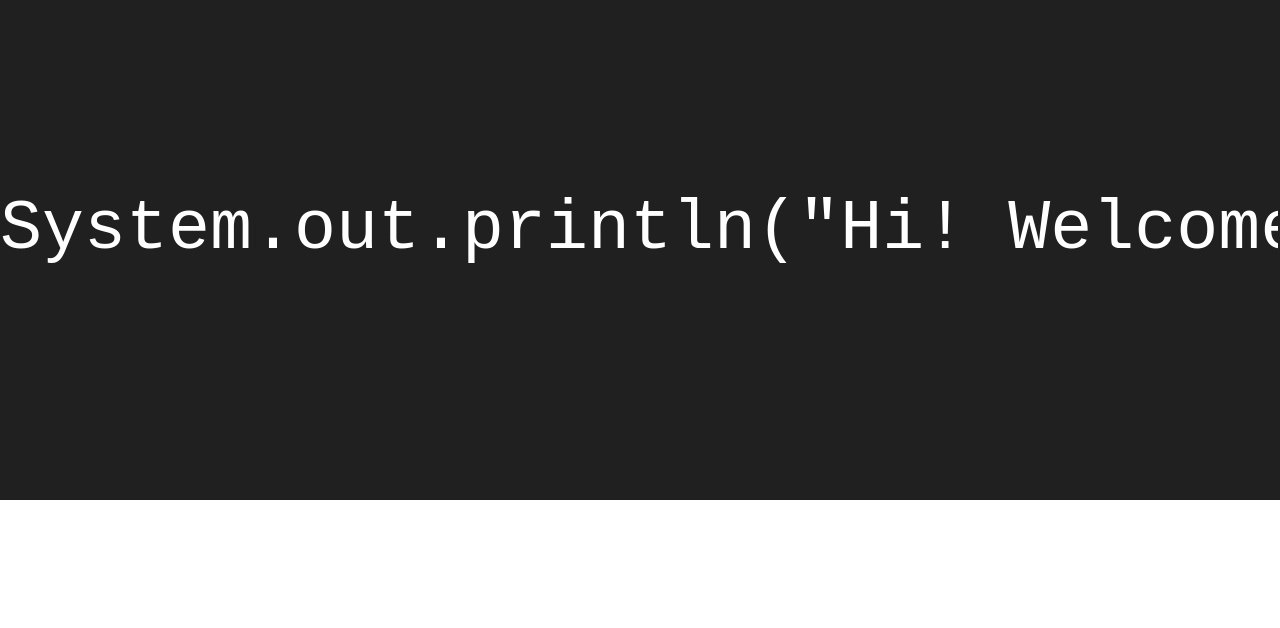
Repository: janry-gracia/Divinagracia_FinalProject
Page: Pages/storyofmylife.html
The author's editor kept a copy of each file at every save. The page is drawn from the files as they stood at one save, then again after the next save.
The browser window is 1280 px wide. The pictures show the whole page.

Above is the page before, as saved 2021-05-18 01:15:15.
Console error: TypeError: Cannot read properties of null (reading 'addEventListener')

### Pages/storyofmylife.html
<!DOCTYPE html>
<html lang="en">
<head>
    <meta charset="UTF-8">
    <meta http-equiv="X-UA-Compatible" content="IE=edge">
    <meta name="viewport" content="width=device-width, initial-scale=1.0">
    <title>Story of My Life</title>
    <link rel="stylesheet" href="https://maxcdn.bootstrapcdn.com/bootstrap/3.4.1/css/bootstrap.min.css">
    <script src="https://ajax.googleapis.com/ajax/libs/jquery/3.5.1/jquery.min.js"></script>
    <script src="https://maxcdn.bootstrapcdn.com/bootstrap/3.4.1/js/bootstrap.min.js"></script>
    <link rel="stylesheet" href="/css/bootstrap.css">
    <link rel="stylesheet" href="/css/storyofmylife.css">
</head>
<body>

    <div class="container-fluid ">

        <div class="container-fluid message">
            <p class="message typewriter">System.out.println("Hi! Welcome to my LIFE.")</p>
        </div>





    </div>


    <script src ="/js/jquery-3.6.0.min.js"></script>
    <script src="/js/bootstrap.js"></script>
    <script src="/js/script.js"></script>

</body>
</html>

### css/storyofmylife.css
@import url('https://fonts.googleapis.com/css2?family=Fira+Code:wght@300;400;500&display=swap');

*{
    padding: 0;
    margin: 0;
    box-sizing: border-box;
}

html, body{
    height: 100%;
    width: 100%;

}

.container-fluid{
    padding: 0;
    margin: 0;
    box-sizing: border-box;
}

div.message{
    height: 500px;
    background-color: rgb(32, 32, 32);
    text-align: center;

}

p.message{
    margin-top: 180px;
    font-family: 'Fire Code', monospace;
    font-size: 5em;
    font-weight: 200;
    color: white;
    border-right: solid 2px rgb(255, 255, 255);
    white-space: nowrap;
    overflow: hidden;
    animation: animated-text 4s steps(45,end) 1s 1 normal both ,
               animated-cursor 1000ms steps(45,end) infinite alternate;
}

.navbar{
    background-color: rgb(92, 92, 92);
}

.navbar-toggler{
    width: 50px;
    height: 50px;
}



  /* Animation */
  @keyframes animated-text{
    from{width: 0%;}
    to{width: 100%;}
  }

  /* cursor animations */

  @keyframes animated-cursor{
    from{border-right-color: rgb(255, 255, 255);}
    to{border-right-color: transparent;}
  }

### js/script.js
let btn1= document.querySelector(".box1");
let btn2 = document.querySelector(".box2");
let text = document.querySelector(".greeting");
let frontpage = document.querySelector(".frontpage");
let secondpage = document.querySelector(".secondpage");
let button = document.querySelector(".button");
let logo = document.querySelector(".logo");



btn1.addEventListener("click", function() {
    btn1.classList.add("box1transition");
    btn1.style.transition = "transform 3s";
    btn2.classList.add("box2transition");
    btn2.style.transition = "transform 3s";
    text.style.animationName = "hidecontent";

    setTimeout(function () {
        window.open('Pages/backpage.html', '_self');
    }, 2500);

});


btn2.addEventListener("click", function() {
    btn1.classList.add("box1transition");
    btn1.style.transition = "transform 3s";
    btn2.classList.add("box2transition");
    btn2.style.transition = "transform 3s";
    text.style.animationName = "hidecontent";
    setTimeout(function () {
        window.open('Pages/backpage.html', '_self');
    }, 2500);

});


text.addEventListener("click", function() {
    btn1.classList.add("box1transition");
    btn1.style.transition = "transform 3s";
    btn2.classList.add("box2transition");
    btn2.style.transition = "transform 3s";
    text.style.animationName = "hidecontent";
    setTimeout(function () {
        window.open('Pages/backpage.html', '_self');
    }, 2500);

});

Loaded but not shown: css/bootstrap.css (library); js/jquery-3.6.0.min.js (library); js/bootstrap.js (library)

After the next save:
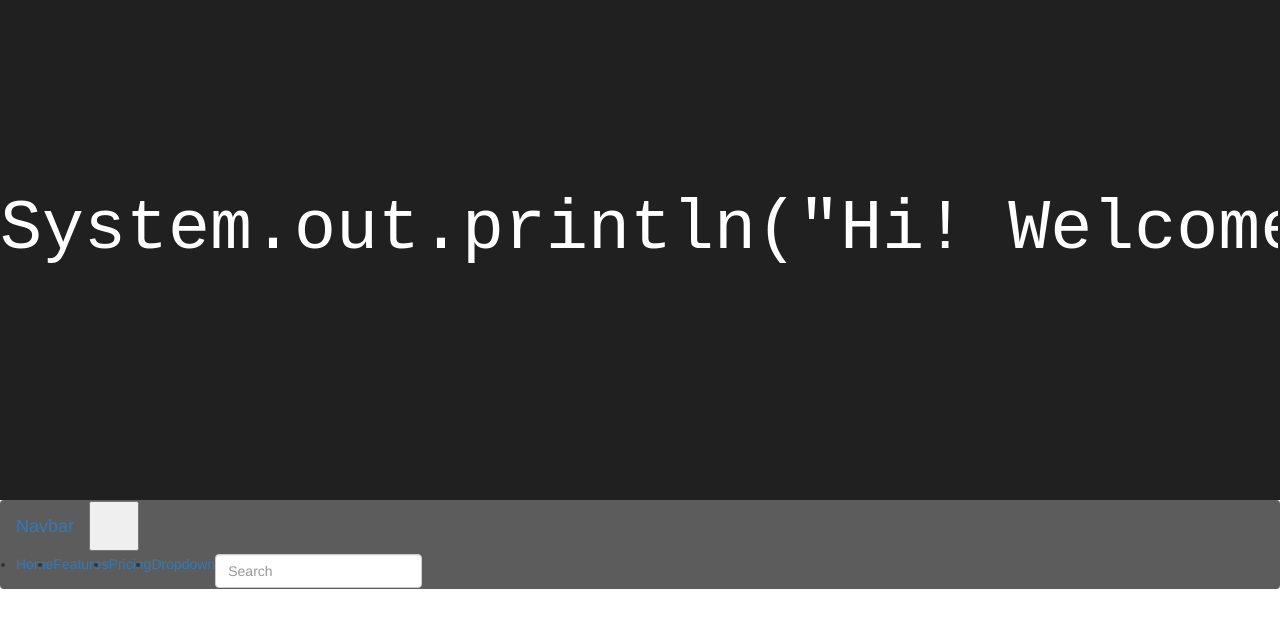
Saved 5 min 5 s later.
--- a/Pages/storyofmylife.html
+++ b/Pages/storyofmylife.html
@@ -19,6 +19,60 @@
             <p class="message typewriter">System.out.println("Hi! Welcome to my LIFE.")</p>
         </div>
 
+        <!--Navbar-->
+<nav class="navbar navbar-expand-lg navbar-dark primary-color">
+
+    <!-- Navbar brand -->
+    <a class="navbar-brand" href="#">Navbar</a>
+
+    <!-- Collapse button -->
+    <button class="navbar-toggler" type="button" data-toggle="collapse" data-target="#basicExampleNav"
+      aria-controls="basicExampleNav" aria-expanded="false" aria-label="Toggle navigation">
+      <span class="navbar-toggler-icon"></span>
+    </button>
+
+    <!-- Collapsible content -->
+    <div class="collapse navbar-collapse" id="basicExampleNav">
+
+      <!-- Links -->
+      <ul class="navbar-nav mr-auto">
+        <li class="nav-item active">
+          <a class="nav-link" href="#">Home
+            <span class="sr-only">(current)</span>
+          </a>
+        </li>
+        <li class="nav-item">
+          <a class="nav-link" href="#">Features</a>
+        </li>
+        <li class="nav-item">
+          <a class="nav-link" href="#">Pricing</a>
+        </li>
+
+        <!-- Dropdown -->
+        <li class="nav-item dropdown">
+          <a class="nav-link dropdown-toggle" id="navbarDropdownMenuLink" data-toggle="dropdown"
+            aria-haspopup="true" aria-expanded="false">Dropdown</a>
+          <div class="dropdown-menu dropdown-primary" aria-labelledby="navbarDropdownMenuLink">
+            <a class="dropdown-item" href="#">Action</a>
+            <a class="dropdown-item" href="#">Another action</a>
+            <a class="dropdown-item" href="#">Something else here</a>
+          </div>
+        </li>
+
+      </ul>
+      <!-- Links -->
+
+      <form class="form-inline">
+        <div class="md-form my-0">
+          <input class="form-control mr-sm-2" type="text" placeholder="Search" aria-label="Search">
+        </div>
+      </form>
+    </div>
+    <!-- Collapsible content -->
+
+  </nav>
+  <!--/.Navbar-->
+
 
 
 
